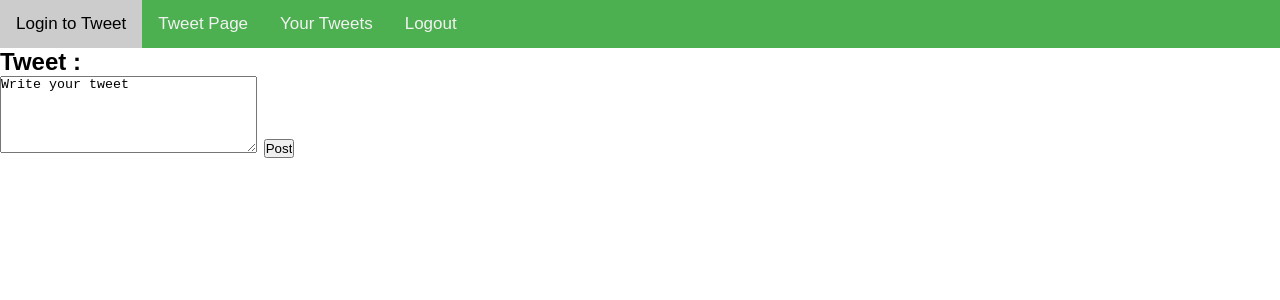
Repository: SriMerla/ServletsAndJsps
Page: http://localhost/WebApplicationProject/tweet.jsp
The author's editor kept a copy of each file at every save. The page is drawn from the files as they stood at one save, then again after the next save.
The browser window is 1280 px wide. The pictures show the whole page.
The page is served by Tomcat 9.

Above is the page before, as saved 2020-01-30 05:02:04.

After the next save:
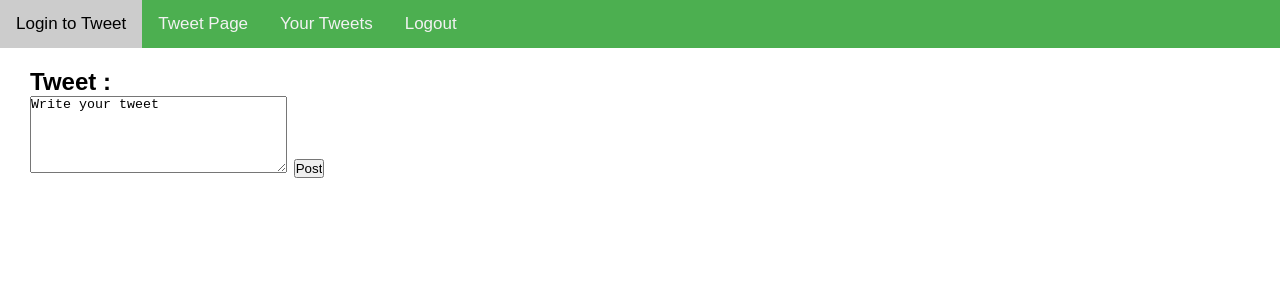
Saved 30 s later.
--- a/Servlets/WebApplicationProject/WebContent/tweet.jsp
+++ b/Servlets/WebApplicationProject/WebContent/tweet.jsp
@@ -8,10 +8,13 @@
 </head>
 <body>
    <jsp:include page="header.jsp"/>
-   <form action="tweet" method="post">
+   <div class="content">
+    <form action="tweet" method="post">
           <h2>Tweet :<h2>
           <textarea rows="5" cols="30" name="tweet">Write your tweet</textarea>
           <input type="submit" value="Post">
       </form>
+   </div>
+
 </body>
 </html>
